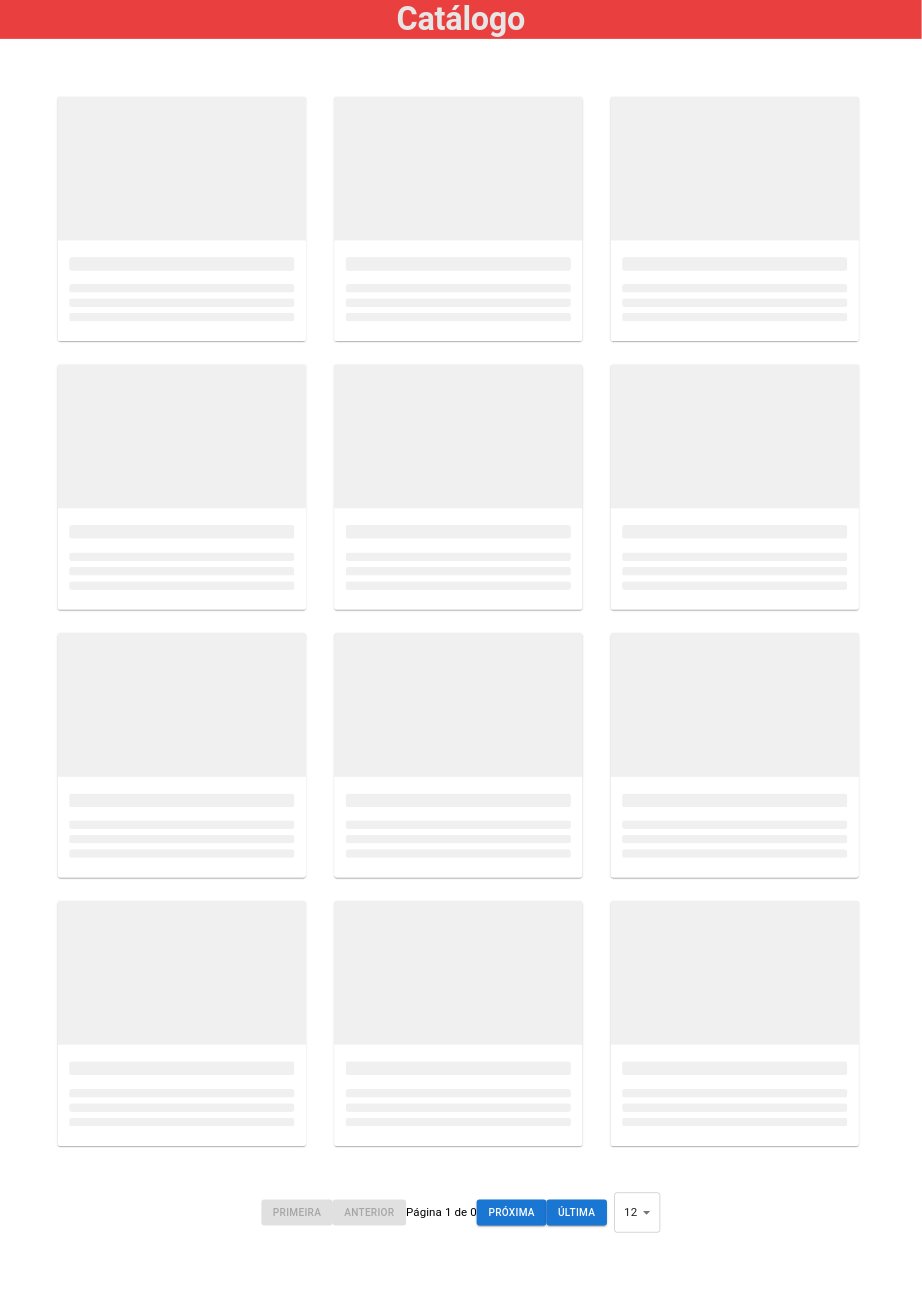
Repository: lenx0/PokeWiki-Front
Page: /
These files come from the project's save history. The page is drawn as it stood at one moment and after a run of saves; the edit follows.
The browser window is 1280 px wide. The pictures show the whole page, at 72% of full size.
The page's requests for data from a server got no answer. The project was rebuilt for these pictures with package versions that can differ from the ones it lists, and the page was loaded fresh each time. The framework's server and built-in components were replaced by stand-ins that run in the browser. No one was signed in, and anything a server would have sent is missing. Also part of the build but not shown: next.config.mjs.

Above is the page before, as saved 2024-02-16 22:22:31.

After the next 2 saves:
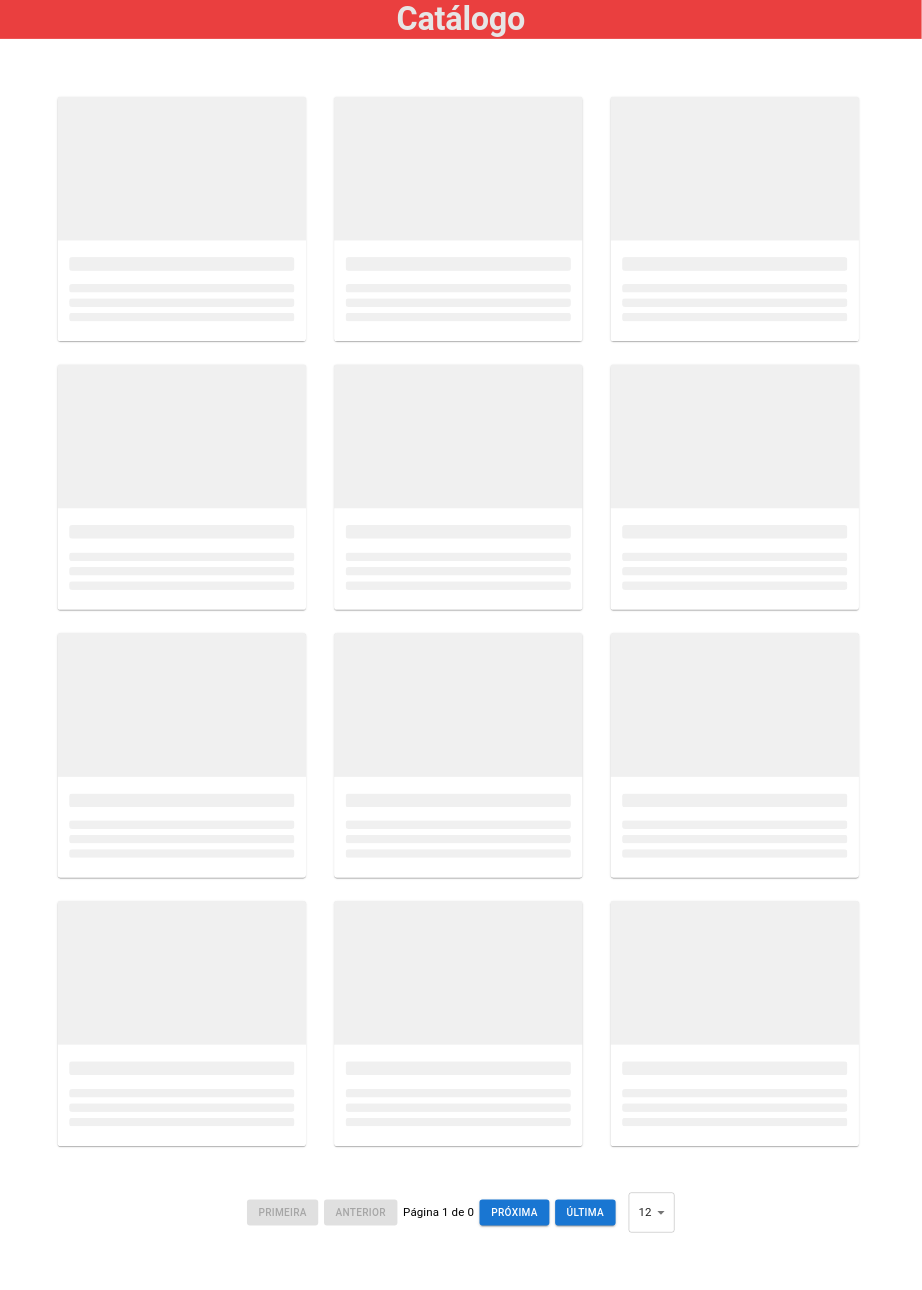
The 2 saves are shown as one change because they came seconds apart.
The last was saved 33 s later.
--- a/src/app/components/Cards/index.jsx
+++ b/src/app/components/Cards/index.jsx
@@ -39,7 +39,7 @@ const Pagination = ({ page, totalPages, setPage, itemsPerPage, setItemsPerPage }
   };
 
   return (
-    <Box mt={4} display="flex" justifyContent="center" alignItems="center">
+    <Box mt={4} gap={1} display="flex" justifyContent="center" alignItems="center">
       <Button variant="contained" onClick={goToFirstPage} disabled={page === 1}>
         Primeira
       </Button>
